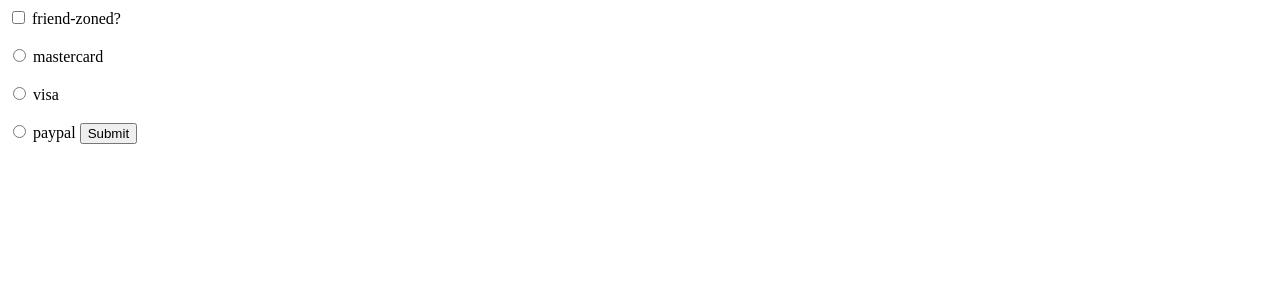
Repository: Apekshit-Yadav/myDotfiles
Page: Documents/GitHub/coding-projects/brojs/checked_property/index.html
An editor plug-in stored every save of this project. The page is shown before and after the next save, followed by the edit.
The browser window is 1280 px wide. The pictures show the whole page.

Above is the page before, as saved 2025-04-02 11:01:14.

After the next save:
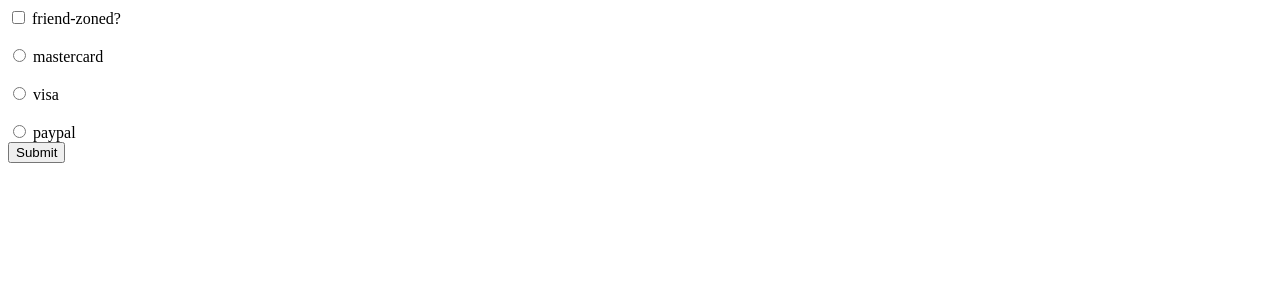
Saved 6 h 44 min later.
--- a/Documents/GitHub/coding-projects/brojs/checked_property/index.html
+++ b/Documents/GitHub/coding-projects/brojs/checked_property/index.html
@@ -19,9 +19,9 @@
     <br><br>
 
     <input type="radio" id="card3" name="oneoption">
-    <label for="card3">paypal</label>
+    <label for="card3">paypal</label><br>
 
-    <button type="submit" id="subbtn">Submit</button>
+    <button type="submit" id="subbtn">Submit</button><br>
     <p id="mypara"></p>
 </body>
 </html>
